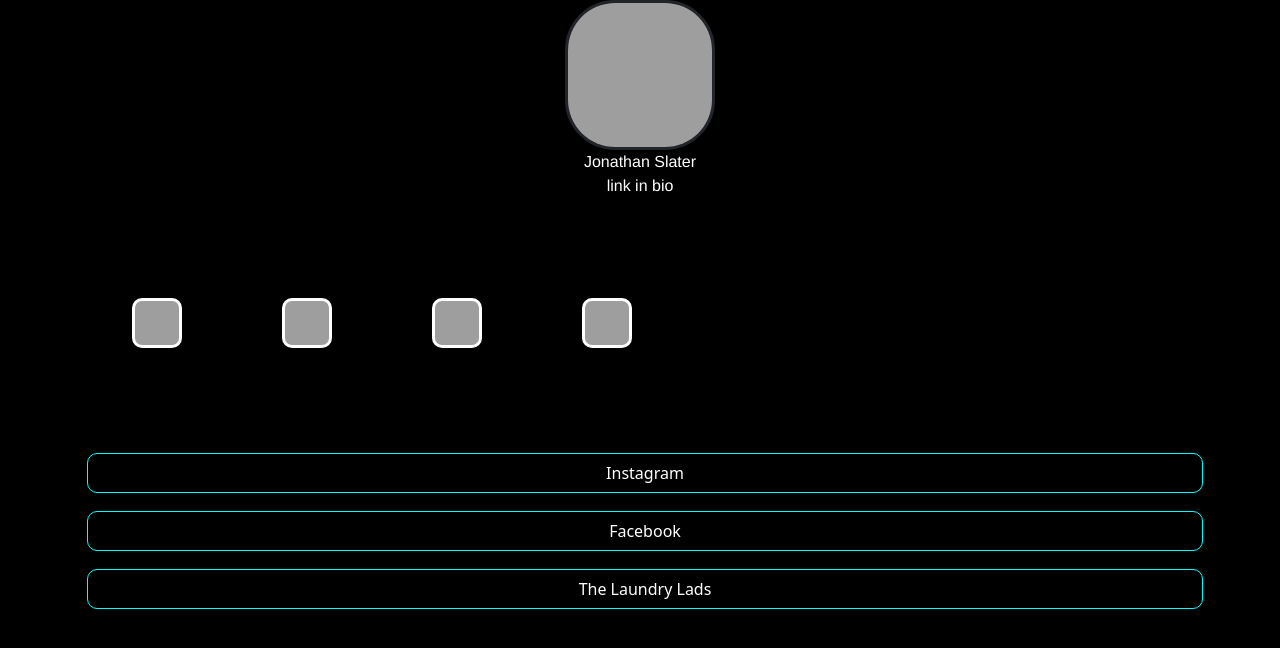
Repository: jontslater/LAB-link-in-bio
Page: index.html
The author's editor kept a copy of each file at every save. The page is drawn from the files as they stood at one save, then again after the next save.
The browser window is 1280 px wide. The pictures show the whole page.
Pictures or frames that could not be fetched are drawn as grey boxes.

Above is the page before, as saved 2023-10-15 15:24:40.

After the next save:
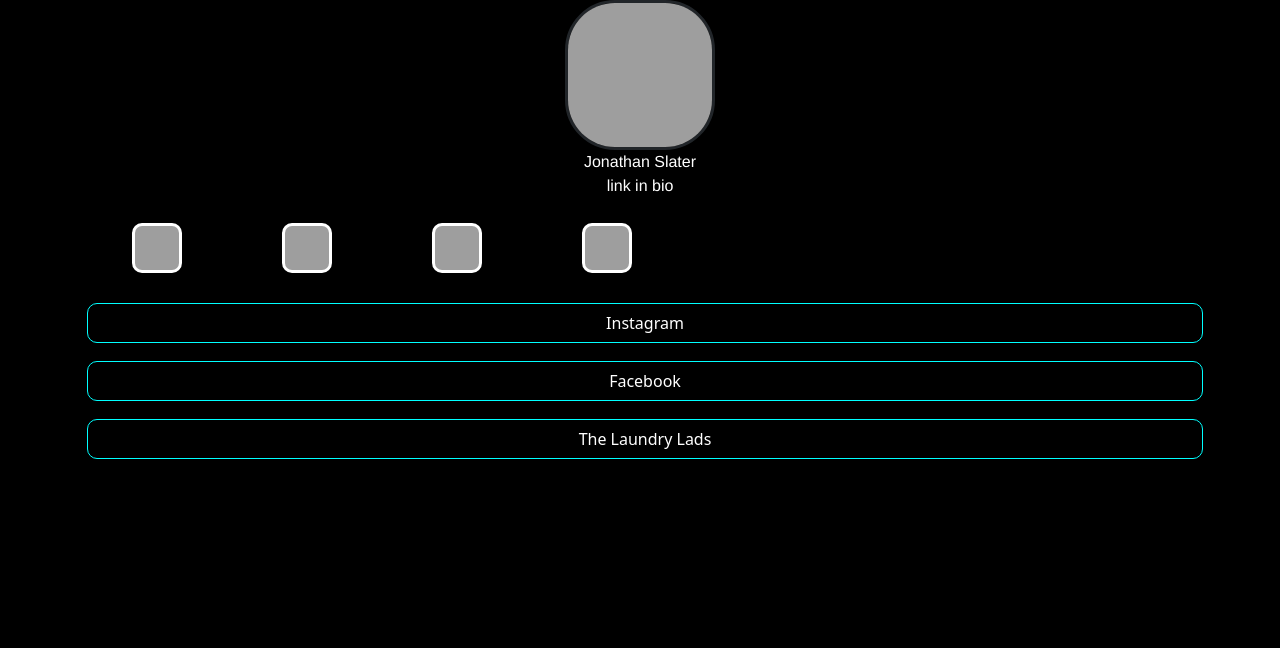
Saved 12 s later.
--- a/main.css
+++ b/main.css
@@ -50,5 +50,5 @@
 .side {
   margin-left: 50px;
   margin-right: 50px;
-  margin-block: 100px;
+  margin-block: 25px;
 }
